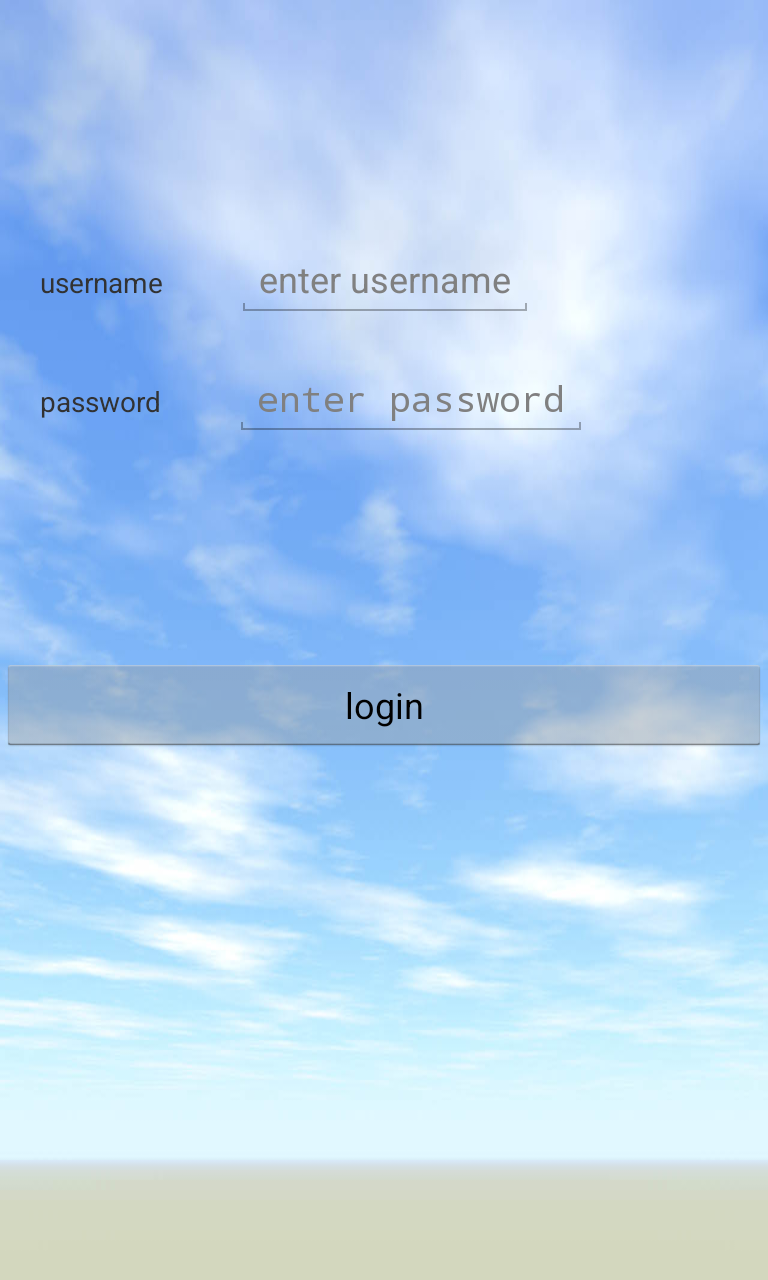
Repository: prernanain27/Android-Travel-Project
Layout: Itravel/res/layout/activity_finalproject.xml
These files come from the project's save history. The layout is drawn as it stood at one moment and after the next save; the edit follows.
It is drawn on a 768 x 1280 px phone screen (xhdpi) without system bars, with theme AppTheme; the app's code is not run.

Above is the layout before, as saved 2013-09-21 04:22:50.

### Itravel/res/layout/activity_finalproject.xml
<LinearLayout xmlns:android="http://schemas.android.com/apk/res/android"
    xmlns:tools="http://schemas.android.com/tools"
    android:layout_width="match_parent"
    android:layout_height="match_parent"
    android:orientation="vertical"
    android:background="@drawable/sky"
    >

<LinearLayout
    android:layout_height="wrap_content"
    android:layout_width="wrap_content"
    android:orientation="horizontal">


    <TextView
        android:id="@+id/tvusername"
        android:layout_width="wrap_content"
        android:layout_height="wrap_content"
        android:layout_marginTop="120dp"
        android:inputType="text"
        android:text="username"

        tools:ignore="NewApi"
        android:layout_marginLeft="20dp"
        />
     <TextView
        android:id="@+id/tv1"
        android:layout_width="wrap_content"
        android:layout_height="wrap_content"
        android:layout_marginTop="120dp"
        android:inputType="text"
        android:text="*"
        android:textColor="#ff0000"
        tools:ignore="NewApi"
        android:layout_marginLeft="20dp"
        android:visibility="invisible"
        />

    <EditText
        android:layout_height="wrap_content"
        android:layout_width="fill_parent"
        android:hint="enter username"
        android:id="@+id/etusername"
         android:layout_marginTop="120dp"
        android:layout_marginLeft="10dp"

        />
</LinearLayout>
<LinearLayout
    android:layout_height="wrap_content"
    android:layout_width="wrap_content"
    android:orientation="horizontal">
    <TextView
        android:layout_width="wrap_content"
        android:layout_height="wrap_content"
        android:text="password"
        android:id="@+id/tvpassword"
        android:layout_marginTop="20dp"

        tools:ignore="NewApi"
        android:inputType="text"
        android:layout_marginLeft="20dp"

        />
    <TextView
        android:id="@+id/tv2"
        android:layout_width="wrap_content"
        android:layout_height="wrap_content"
        android:layout_marginTop="120dp"
        android:inputType="text"
        android:text="*"

        tools:ignore="NewApi"
        android:layout_marginLeft="20dp"
        android:visibility="invisible"
        />
      <EditText
        android:layout_height="wrap_content"
        android:layout_width="fill_parent"
        android:hint="enter password"
        android:id="@+id/etpassword"
        android:layout_marginTop="20dp"
        android:layout_marginLeft="10dp"
        android:password="true"
        />
    </LinearLayout>
      <ImageView
        android:id="@+id/imageplane"
        android:layout_marginLeft="10dp"
        android:src="@drawable/plane"
        />
<Button
    android:layout_height="wrap_content"
    android:layout_width="fill_parent"
    android:id="@+id/btnlogin"
    android:text="login"
    android:textColor="@android:color/background_dark"
    android:layout_marginTop="30dp"
    />


</LinearLayout>

Loaded but not shown: Itravel/res/values-v11/styles.xml (common file); Itravel/res/values/styles.xml (common file)

After the next save:
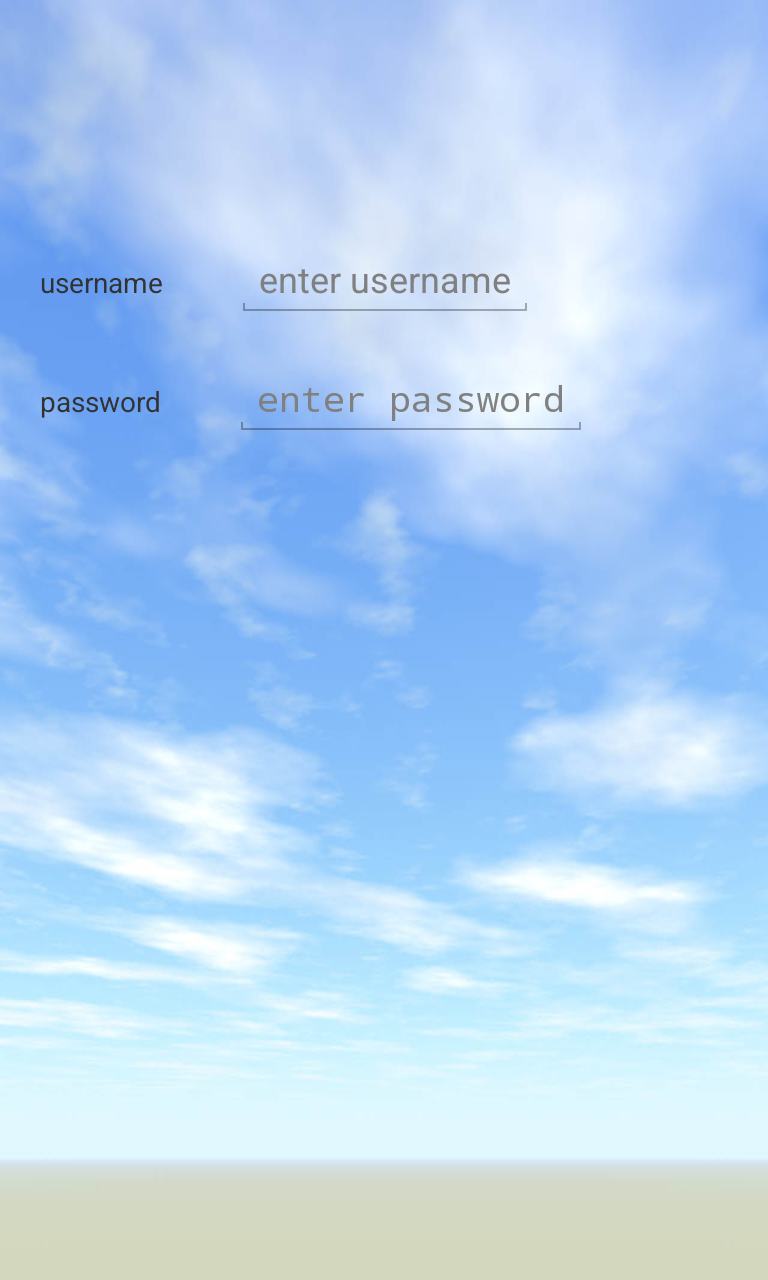
Saved 79 s later.
--- a/Itravel/res/layout/activity_finalproject.xml
+++ b/Itravel/res/layout/activity_finalproject.xml
@@ -86,9 +86,11 @@
     </LinearLayout>
       <ImageView
         android:id="@+id/imageplane"
-        android:layout_marginLeft="10dp"
-        android:src="@drawable/plane"
-        />
+        android:layout_width="100dp"
+        android:layout_height="100dp"
+        android:layout_marginLeft="05dp"
+        android:layout_marginTop="370dp"
+        android:src="@drawable/plane" />
 <Button
     android:layout_height="wrap_content"
     android:layout_width="fill_parent"
